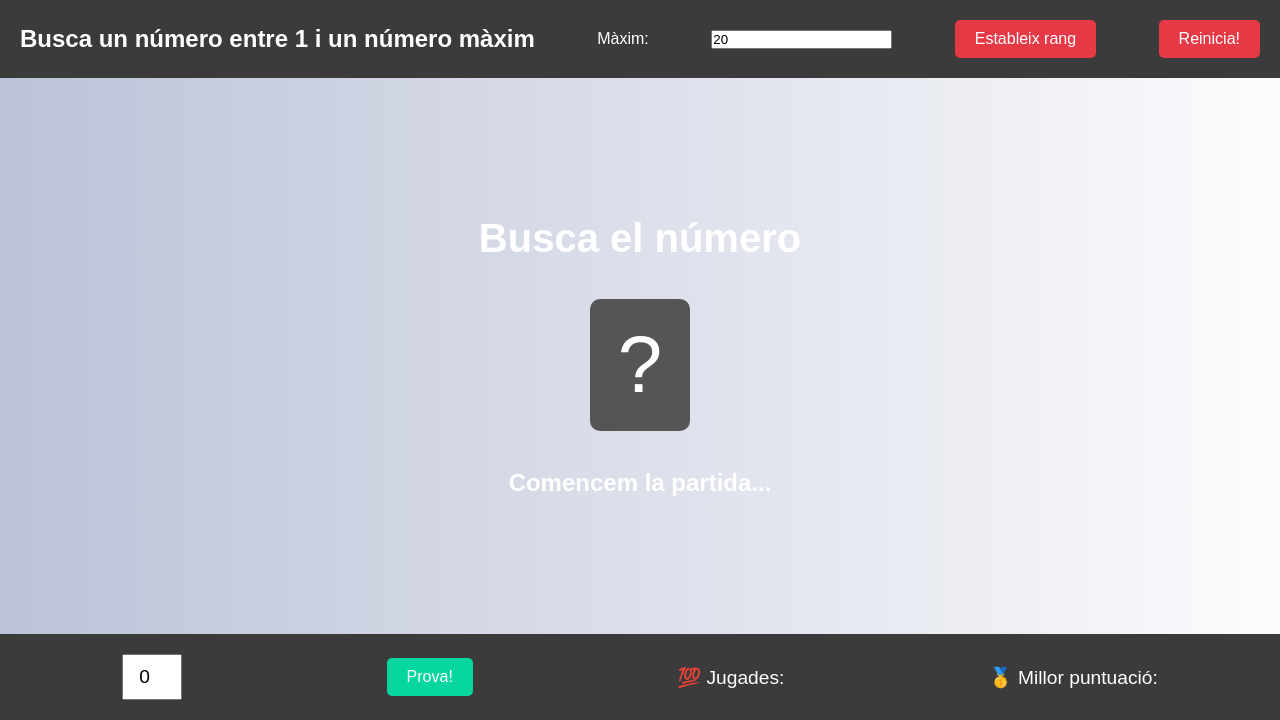
Repository: rdalmau23/M06_01
Page: index.html
An editor plug-in stored every save of this project. The page is shown before and after the next save, followed by the edit.
The browser window is 1280 px wide. The pictures show the whole page.

Above is the page before, as saved 2024-10-11 12:37:34.

### index.html
<!DOCTYPE html>
<html lang="en">
<head>
    <meta charset="UTF-8">
    <meta name="viewport" content="width=device-width, initial-scale=1.0">
    <title>Endivina el número</title>
    <link rel="stylesheet" href="style.css">
    <script src="script.js" defer></script>
</head>
<body>
    <header>
        <h2>Busca un número entre 1 i un número màxim</h2>
        <label for="max">Màxim:</label>
        <input type="number" id="max" value="20">
        <button onclick="setRange()">Estableix rang</button>
        <button onclick="resetGame()" id="reset">Reinicia!</button>
    </header>
    <main id="main">
        <h1>Busca el número</h1> <br>
        <div id="display-num">?</div> <br>
        <h3 id="display-result">Comencem la partida...</h3>
    </main>
    <footer>
        <input type="number" value="0" id="num">
        <button onclick="playGame()" id="play">Prova!</button>
        <div id="display-jugades">💯 Jugades: </div>
        <div id="display-puntuacio">🥇 Millor puntuació: </div>
    </footer>
</body>
</html>

### style.css
* {
    margin: 0;
    padding: 0;
    box-sizing: border-box;
  }

  body {
    font-family: Arial, sans-serif;
    height: 100vh;
    display: flex;
    flex-direction: column;
    justify-content: space-between;
    background: linear-gradient(270deg, #ffffff, #001969);
    background-size: 400% 400%;
    animation: gradient-animation 12s ease infinite;
    position: relative;
  }

  @keyframes gradient-animation {
    0% {
      background-position: 0% 50%;
    }
    50% {
      background-position: 100% 50%;
    }
    100% {
      background-position: 0% 50%;
    }
  }

  header {
    background-color: #3b3b3b;
    color: white;
    padding: 20px;
    text-align: center;
    display: flex;
    justify-content: space-between;
    align-items: center;
  }

  header h2 {
    margin: 0;
  }

  header button {
    background-color: #e63946;
    border: none;
    color: white;
    padding: 10px 20px;
    cursor: pointer;
    border-radius: 5px;
    font-size: 16px;
    transition: background-color 0.3s ease;
  }

  header button:hover {
    background-color: #d62839;
  }

  main {
    flex-grow: 1;
    display: flex;
    flex-direction: column;
    justify-content: center;
    align-items: center;
  }

  main h1 {
    font-size: 2.5rem;
    color: white;
  }

  #display-num {
    font-size: 5rem;
    background-color: #555555;
    color: white;
    padding: 20px;
    width: 100px;
    text-align: center;
    border-radius: 10px;
    margin: 20px 0;
  }

  main h3 {
    font-size: 1.5rem;
    color: white;
  }

  footer {
    background-color: #3b3b3b;
    padding: 20px;
    display: flex;
    justify-content: space-around;
    align-items: center;
  }

  footer input[type="number"] {
    width: 60px;
    padding: 10px;
    font-size: 1.2rem;
    text-align: center;
  }

  footer button {
    background-color: #06d6a0;
    border: none;
    color: white;
    padding: 10px 20px;
    cursor: pointer;
    border-radius: 5px;
    font-size: 16px;
    transition: background-color 0.3s ease;
  }

  footer button:hover {
    background-color: #04b383;
  }

  footer div {
    font-size: 1.2rem;
    color: #ffffff;
  }

  /* Ajustes Responsive */
  @media (max-width: 600px) {
    header, footer {
      flex-direction: column;
      gap: 10px;
    }

    #display-num {
      font-size: 4rem;
      width: 80px;
    }

    footer button {
      font-size: 14px;
    }
  }

### script.js
let numero1 = Math.floor(Math.random() * 20 + 1); // Genera un número aleatori entre 1 i 20
let userInput = 0; // Inicialitza la variable d'entrada de l'usuari
let intents = 0; // Inicialitza el comptador d'intents
let millorPunt = Infinity; // Inicialitza la millor puntuació amb un valor molt alt
let sortida = ""; // Inicialitza el missatge de sortida

function playGame() {
    userInput = parseInt(document.getElementById("num").value); // Converteix l'entrada de l'usuari a un número enter

    if (userInput !== numero1) {
        intents++; // Incrementa el comptador d'intents
        if (userInput < numero1) {
            sortida = `El ${userInput} és massa petit, torna a provar.`; // Missatge si és massa petit
            document.getElementById("main").style.backgroundColor = "red"; // Canvia el fons a vermell
        } else {
            sortida = `El ${userInput} és massa gran, torna a provar.`; // Missatge si és massa gran
            document.getElementById("main").style.backgroundColor = "red"; // Canvia el fons a vermell
        }
    } else {
        intents++; // Incrementa el comptador d'intents per l'última jugada
        sortida = `Has endivinat el número ${numero1}!`; // Missatge d'encert
        document.getElementById("display-num").innerHTML = numero1; // Mostra el número correcte
        document.getElementById("main").style.backgroundColor = "green"; // Canvia el fons a verd

        // Comprovar si la puntuació actual és la millor
        if (intents < millorPunt) {
            millorPunt = intents; // Actualitza la millor puntuació
            document.getElementById("display-puntuacio").innerHTML = `🥇 Millor puntuació: ${millorPunt}`; // Mostra la millor puntuació
        }
    }

    // Actualitza els elements de la pantalla amb les jugades i el resultat
    document.getElementById("display-jugades").innerHTML = `💯 Jugades: ${intents}`;
    document.getElementById("display-result").innerHTML = `${sortida}`;
    document.getElementById("num").select(); // Selecciona el camp d'entrada per facilitar la nova jugada
}

function resetGame() {
    numero1 = Math.floor(Math.random() * 20 + 1); // Genera un nou número aleatori
    document.getElementById("display-num").innerHTML = "?"; // Reinicia la visualització del número
    document.getElementById("display-result").innerHTML = "Comencem la partida..."; // Mostra un missatge inicial
    intents = 0; // Reseteja el comptador d'intents
    document.getElementById("display-puntuacio").innerHTML = ""; // Neteja la millor puntuació
    document.getElementById("main").style.backgroundColor = ""; // Neteja el fons a l'estil original
}

After the next save:
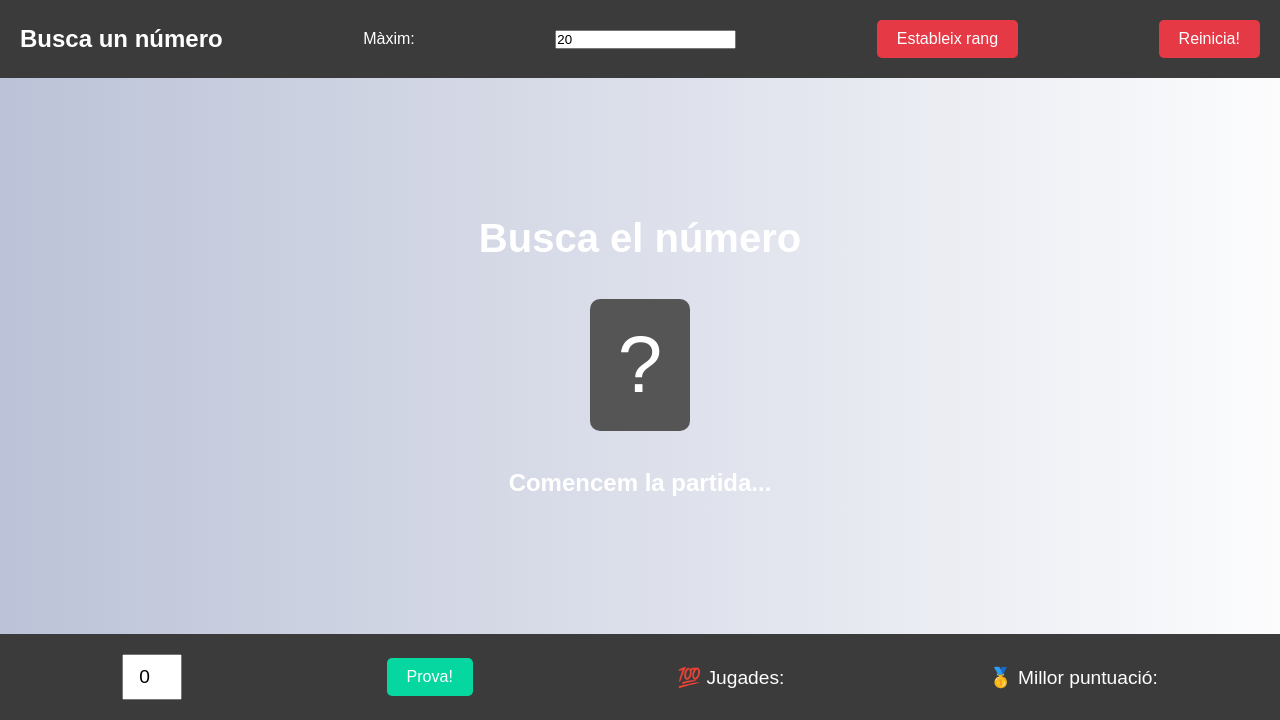
Saved 56 s later.
--- a/index.html
+++ b/index.html
@@ -9,7 +9,7 @@
 </head>
 <body>
     <header>
-        <h2>Busca un número entre 1 i un número màxim</h2>
+        <h2>Busca un número</h2>
         <label for="max">Màxim:</label>
         <input type="number" id="max" value="20">
         <button onclick="setRange()">Estableix rang</button>
